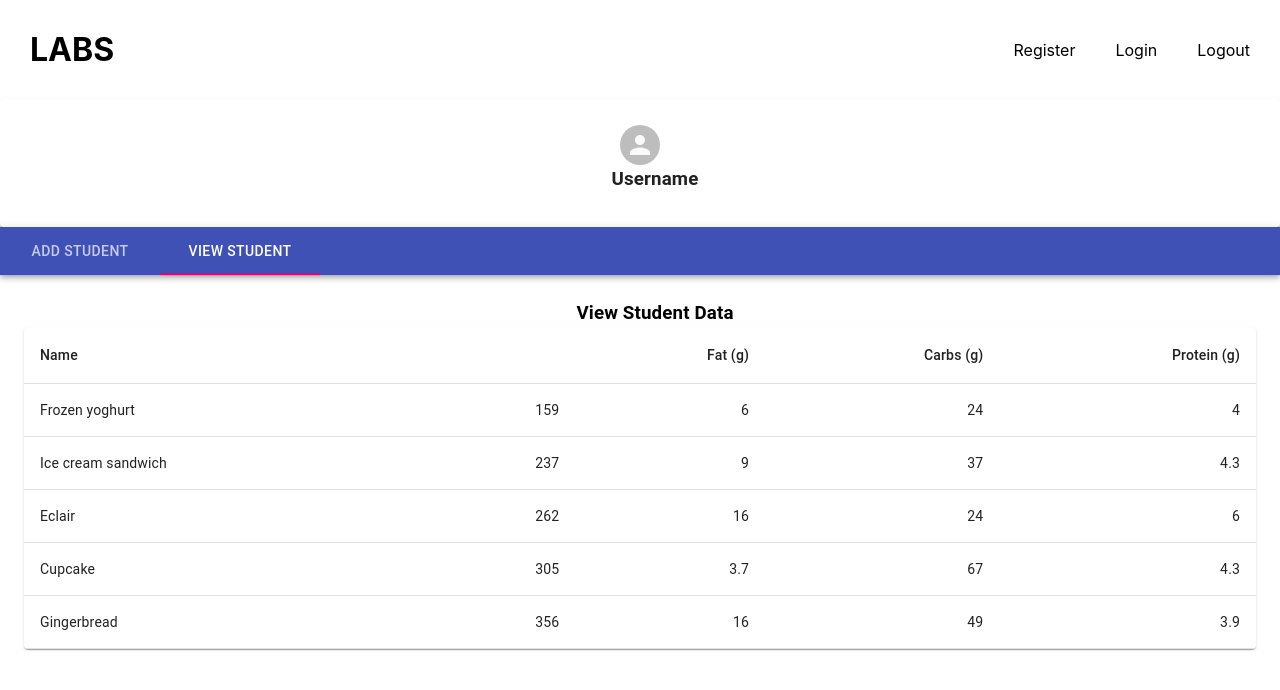
Repository: Prafullkuma/labsdata
Page: /admin, after clicking the first element matching `#simple-tab-1`
The author's editor kept a copy of each file at every save. The page is drawn from the files as they stood at one save, then again after the next save.
The browser window is 1280 px wide. The pictures show the whole page.
The page's requests for data from a server got no answer. The project was rebuilt for these pictures with package versions that can differ from the ones it lists, and the page was loaded fresh each time. No one was signed in, and anything a server would have sent is missing. Also part of the build but not shown: src/Component/Main.js, src/Auth/Login.js, src/Auth/Signup.js, src/Auth/Logout.js.

Above is the page before, as saved 2020-08-25 22:28:12.

### src/App.js
import React from 'react';
import './App.css';
import Nav from './Component/Nav'
import Admin from './Component/Admin'
import Main from './Component/Main'
import Login from './Auth/Login'
import Signup from './Auth/Signup'
import Logout from './Auth/Logout'
import { BrowserRouter as Router, Route } from 'react-router-dom'
function App() {
  return (
    <div className="App">
      <Router>
        <Nav />
        <Route path="/logout" component={Logout} />
        <Route path="/signup" component={Signup} />
        <Route path="/login" component={Login} />
        <Route path="/admin" component={Admin} />
        <Route exact path="/" component={Main} />
      </Router>
    </div>
  );
}

export default App;

### src/Component/Nav.js
import React from 'react'
import './Nav.css'
import { Link } from 'react-router-dom'
function Nav() {
    return (
        <div className="Navbar">
            <h1> <Link to="/"> LABS</Link></h1>
            <ul>
                <li><Link to="/signup"> Register</Link></li>
                <li><Link to="/login">Login</Link></li>
                <li><Link to="/logout">Logout</Link>
                </li>
            </ul>
        </div>
    )
}

export default Nav

### src/Component/Admin.js
import React from 'react'
import { Avatar, Card, CardContent, Typography } from '@material-ui/core'
import './Admin.css'
import Details from './Details/Details'
function Admin() {
    return (
        <div>
            <Card className="all_data">
                <CardContent>
                    <Typography className="userdata">

                        <Avatar />
                        <h3>Username</h3>
                    </Typography>
                </CardContent>
            </Card>
            <Details />
        </div>
    )
}

export default Admin

### src/Component/Nav.css
.Navbar{
    padding: 30px;
    display: flex;
    justify-content: space-between;
    align-items: center;

}
a{
    text-decoration: none;
    color:black;
    }
ul,li{
    list-style: none;
    float: left;
    margin-left: 40px;
}

### src/Component/Admin.css
.userdata{
    display: flex;
    justify-content: right;
    align-items: center;
}
h3{
    margin-left: 30px;
}

### src/Component/Details/Details.js
import React from 'react'
import './details.css'
import { AppBar, Tabs, Tab, Typography } from '@material-ui/core'
import { makeStyles } from '@material-ui/core/styles';
import PropTypes from 'prop-types';
import Box from '@material-ui/core/Box';
import Addstudent from '../Student/Addstudent';
import ViewStudent from '../Student/ViewStudent';

const useStyles = makeStyles((theme) => ({
    root: {
        flexGrow: 1,
        backgroundColor: theme.palette.background.paper,
    },
}));

function a11yProps(index) {
    return {
        id: `simple-tab-${index}`,
        'aria-controls': `simple-tabpanel-${index}`,
    };
}
TabPanel.propTypes = {
    children: PropTypes.node,
    index: PropTypes.any.isRequired,
    value: PropTypes.any.isRequired,
};
function TabPanel(props) {
    const { children, value, index, ...other } = props;

    return (
        <div
            role="tabpanel"
            hidden={value !== index}
            id={`simple-tabpanel-${index}`}
            aria-labelledby={`simple-tab-${index}`}
            {...other} >
            {value === index && (
                <Box p={3}>
                    <Typography>{children}</Typography>
                </Box>
            )}
        </div>
    );
}

function Details() {
    const classes = useStyles();
    const [value, setValue] = React.useState(0);

    const handleChange = (event, newValue) => {
        setValue(newValue);
    };
    return (
        <div className="items">
            <div className="items_data">
                <AppBar position="static">
                    <Tabs value={value} onChange={handleChange} aria-label="simple tabs example">
                        <Tab label="Add Student" {...a11yProps(0)} />
                        <Tab label="View Student" {...a11yProps(1)} />
                    </Tabs>
                </AppBar>
            </div>
            <TabPanel value={value} index={0}>
                <h3> Add Student data Here</h3>
                <Addstudent />
            </TabPanel>
            <TabPanel value={value} index={1}>
                <h3>  View Student Data</h3>
                <ViewStudent />
            </TabPanel>
        </div>
    )
}


export default Details

### src/Component/Details/details.css
.items{
    text-align: center;

}
.items_data{
    text-align: center;
}

### src/Component/Student/Addstudent.js
import React, { useState } from 'react'
import './addstudent.css'
import { Card, CardContent, Typography } from '@material-ui/core'
import Radio from '@material-ui/core/Radio';
import RadioGroup from '@material-ui/core/RadioGroup';
import FormControlLabel from '@material-ui/core/FormControlLabel';
import FormControl from '@material-ui/core/FormControl';
import FormLabel from '@material-ui/core/FormLabel';
import { db } from '../../firebase'
function Addstudent() {
    const [name, setName] = useState('')
    const [date, setDate] = useState('')
    const [Sname, setSname] = useState('')
    const [classs, setClasss] = useState('')
    const [division, setDivision] = useState('')
    const [value, setValue] = useState('active');
    const handleChange = (event) => {
        setValue(event.target.value);
    };
    const saveDataHanlder = (e) => {
        e.preventDefault()
        db.collection('addStudent').add({
            name: name,
            date: date,
            schoolname: Sname,
            class: classs,
            division: division,
            status: value
        })
    }
    return (
        <div>
            <Card className="all_data">
                <CardContent>
                    <Typography className="userdata">
                        <form onSubmit={saveDataHanlder}>
                            <div className="Data_use">
                                <label> Enter Full Name</label>
                                <input type="text"
                                    value={name}
                                    onChange={e => setName(e.target.value)}
                                    placeholder="Enter Full Name" />

                            </div>
                            <div className="Data_use">
                                <label> Enter Date Of Birth</label>
                                <input type="date" value={date}
                                    onChange={e => setDate(e.target.value)}
                                    className="'date enchiladac" />

                            </div>
                            <div className="Data_use">
                                <label>Select School Name</label>
                                <select value={Sname} onChange={e => setSname(e.target.value)}>
                                    <option value="S.D.HighScholl">S.D High school</option>
                                    <option value="VTU Belgaum">VTU Belgaum</option>
                                    <option value="VTU Bangalore">VTU Bangalore</option>
                                    <option value="MAratha Mandal">Maratha Mandal</option>
                                    <option value="RLS Belgaum">RLS Belgaum</option>
                                </select>
                            </div>

                            <div className="Data_use">

                                <label>Select Class</label>
                                <select value={classs} onChange={e => setClasss(e.target.value)}>
                                    <option value="1">1st</option>
                                    <option value="2">2nd </option>
                                    <option value="3">3rd</option>
                                    <option value="4">4th </option>
                                    <option value="5">5th</option>
                                    <option value="6">6th </option>
                                    <option value="7">7th </option>
                                </select>
                            </div>
                            <div className="Data_use">
                                <label>Select Division</label>
                                <select value={division} onChange={e => setDivision(e.target.value)}>
                                    <option value="div A">Division A</option>
                                    <option value="div B">Division B</option>
                                    <option value="div c">Division C</option>
                                    <option value="div d">Division D</option>
                                </select>

                            </div>
                            <div className="Data_use1">
                                <FormControl component="fieldset">
                                    <FormLabel component="legend">Status</FormLabel>
                                    <RadioGroup aria-label="gender" name="gender1" value={value} onChange={handleChange}>
                                        <FormControlLabel value="active" control={<Radio />} label="active" />
                                        <FormControlLabel value="inactive" control={<Radio />} label="Inactive" />
                                    </RadioGroup>
                                </FormControl>
                            </div>
                            <button type="submit"> SAve</button>
                        </form>
                    </Typography>
                </CardContent>
            </Card>
        </div >
    )
}

export default Addstudent

### src/Component/Student/ViewStudent.js
import React, { useState, useEffect } from 'react'
import './viewstudent.css'
import { db } from '../../firebase'
import ViewStudentData from './ViewData/ViewStudentData'
function ViewStudent() {
    const [allData, setallData] = useState([])

    useEffect(() => {
        db.collection('addStudent').onSnapshot(snapshot => {
            setallData(snapshot.docs.map(doc => ({ id: doc.id, allData: doc.data() })))
        })
    }, [])
    return (
        <div>
            {console.log(allData.map(id => console.log(id.id)))}
            {console.log(allData.map(id => console.log(id.allData.name)))}
            <ViewStudentData />
        </div >
    )
}

export default ViewStudent

### src/Component/Student/addstudent.css
.userdata{
    display: flex;
    justify-content:center;
    align-items: center;
}
h3{
    margin-left: 30px;
}
.userdata{
   display: flex;
   flex-direction: column;
   padding: 10px;
}
.Data_use label{
    font-family: sans-serif;
    margin: 60px;
    text-align: right;
}
.Data_use input,select{
margin-bottom: 10px;
width: 200px;
}

### src/firebase.js
import firebase from 'firebase'

import 'firebase/firestore'
import 'firebase/auth'

var firebaseConfig = {
    apiKey: "AIzaSyDBjwEIOoHjkS1sD05WaYhi0mxlrS6cIds",
    authDomain: "labsdata-13bd9.firebaseapp.com",
    databaseURL: "https://labsdata-13bd9.firebaseio.com",
    projectId: "labsdata-13bd9",
    storageBucket: "labsdata-13bd9.appspot.com",
    messagingSenderId: "673732582527",
    appId: "1:673732582527:web:3f4a8688ae38e1fa14f34a",
    measurementId: "G-1QEVCBTCNL"
};
// Initialize Firebase
const data = firebase.initializeApp(firebaseConfig);
const db = data.firestore()
const auth = data.auth()

export { db, auth, firebase as default }

### src/Component/Student/ViewData/ViewStudentData.js
import React, { useState } from 'react'
import { makeStyles } from '@material-ui/core/styles';
import Table from '@material-ui/core/Table';
import TableBody from '@material-ui/core/TableBody';
import TableCell from '@material-ui/core/TableCell';
import TableContainer from '@material-ui/core/TableContainer';
import TableHead from '@material-ui/core/TableHead';
import TableRow from '@material-ui/core/TableRow';
import Paper from '@material-ui/core/Paper';


const useStyles = makeStyles({
    table: {
        minWidth: 650,
    },
});
function createData(name, calories, fat, carbs, protein) {
    return { name, calories, fat, carbs, protein };
}

const rows = [
    createData('Frozen yoghurt', 159, 6.0, 24, 4.0),
    createData('Ice cream sandwich', 237, 9.0, 37, 4.3),
    createData('Eclair', 262, 16.0, 24, 6.0),
    createData('Cupcake', 305, 3.7, 67, 4.3),
    createData('Gingerbread', 356, 16.0, 49, 3.9),
];

function ViewStudentData() {
    const classes = useStyles();
    return (
        <div>
            <TableContainer component={Paper}>
                <Table className={classes.table} aria-label="simple table">
                    <TableHead>
                        <TableRow>
                            <TableCell>Name</TableCell>
                            <TableCell align="right"></TableCell>
                            <TableCell align="right">Fat&nbsp;(g)</TableCell>
                            <TableCell align="right">Carbs&nbsp;(g)</TableCell>
                            <TableCell align="right">Protein&nbsp;(g)</TableCell>
                        </TableRow>
                    </TableHead>
                    <TableBody>
                        {rows.map((row) => (
                            <TableRow key={row.name}>
                                <TableCell component="th" scope="row">
                                    {row.name}
                                </TableCell>
                                <TableCell align="right">{row.calories}</TableCell>
                                <TableCell align="right">{row.fat}</TableCell>
                                <TableCell align="right">{row.carbs}</TableCell>
                                <TableCell align="right">{row.protein}</TableCell>
                            </TableRow>
                        ))}
                    </TableBody>
                </Table>
            </TableContainer>

        </div>
    )
}

export default ViewStudentData

Loaded but not shown: public/index.html (common file); src/index.js (common file); src/index.css (common file); src/serviceWorker.js (common file); src/App.css (common file); src/Component/Main.css (no stored copy; drawn as an empty file); src/Component/Student/viewstudent.css (no stored copy; drawn as an empty file)

After the next save:
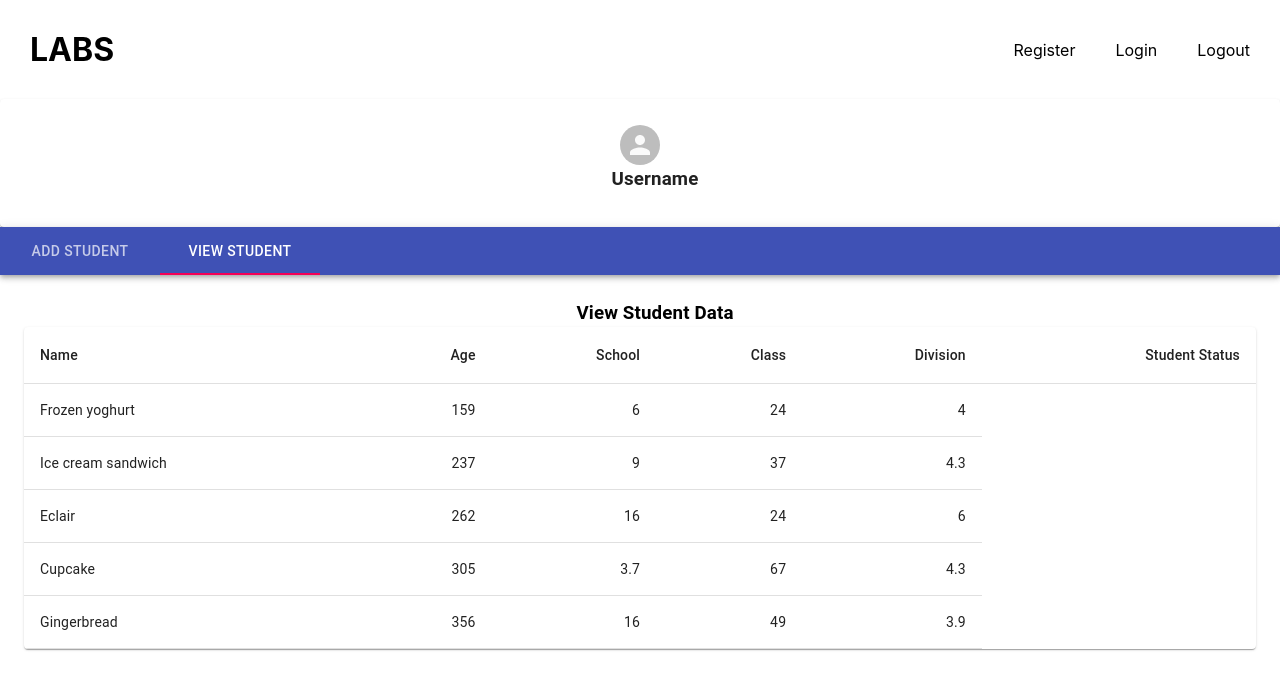
Saved 68 s later.
--- a/src/Component/Student/ViewData/ViewStudentData.js
+++ b/src/Component/Student/ViewData/ViewStudentData.js
@@ -35,10 +35,11 @@ function ViewStudentData() {
                     <TableHead>
                         <TableRow>
                             <TableCell>Name</TableCell>
-                            <TableCell align="right"></TableCell>
-                            <TableCell align="right">Fat&nbsp;(g)</TableCell>
-                            <TableCell align="right">Carbs&nbsp;(g)</TableCell>
-                            <TableCell align="right">Protein&nbsp;(g)</TableCell>
+                            <TableCell align="right">Age</TableCell>
+                            <TableCell align="right">School</TableCell>
+                            <TableCell align="right">Class</TableCell>
+                            <TableCell align="right">Division</TableCell>
+                            <TableCell align="right">Student Status</TableCell>
                         </TableRow>
                     </TableHead>
                     <TableBody>
